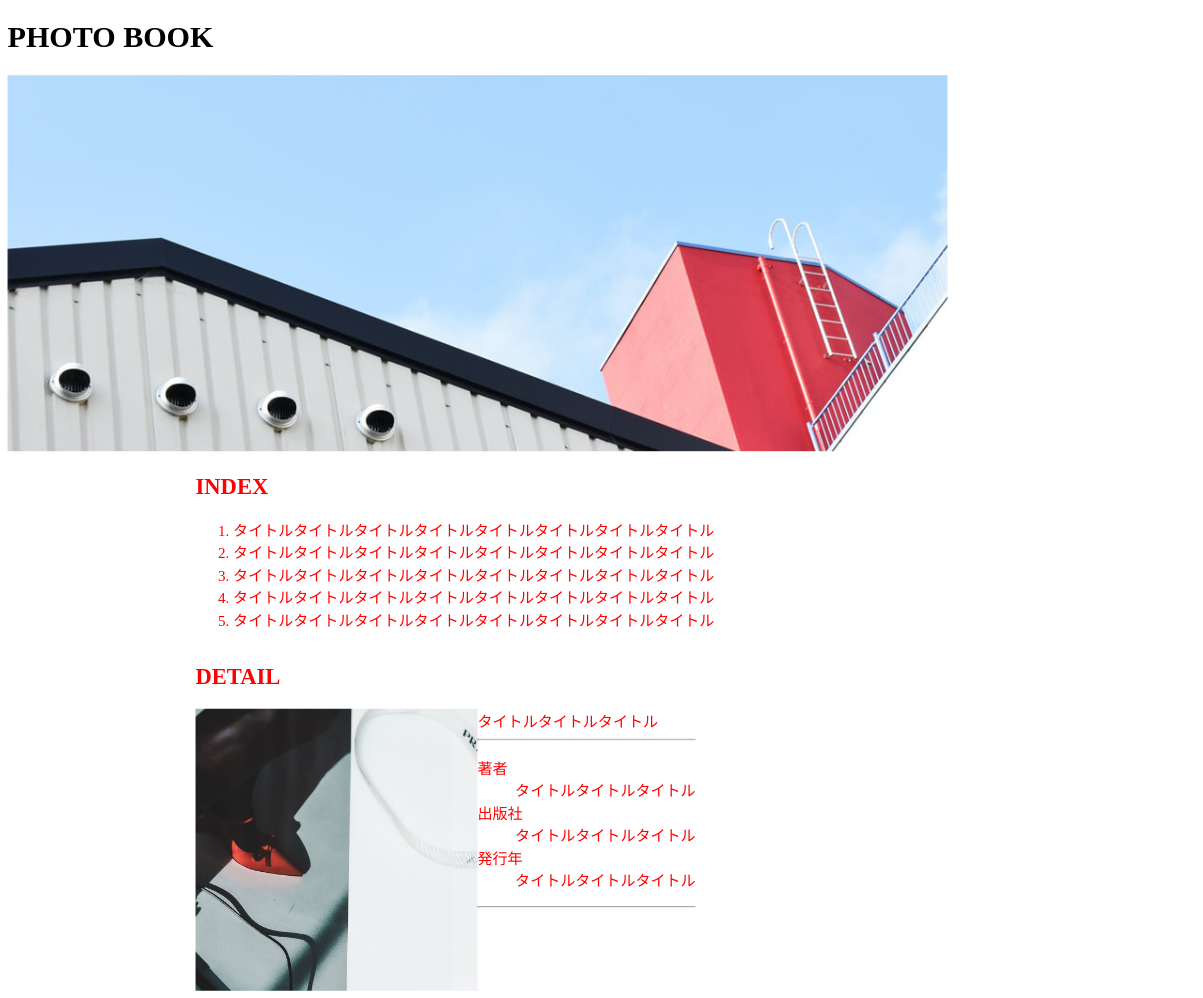
Repository: daytime/LP-study
Page: photo_book/index.html
These files come from the project's save history. The page is drawn as it stood at one moment and after the next save; the edit follows.
The browser window is 1280 px wide. The pictures show the whole page, at 94% of full size.

Above is the page before, as saved 2025-01-29 12:23:36.

After the next save:
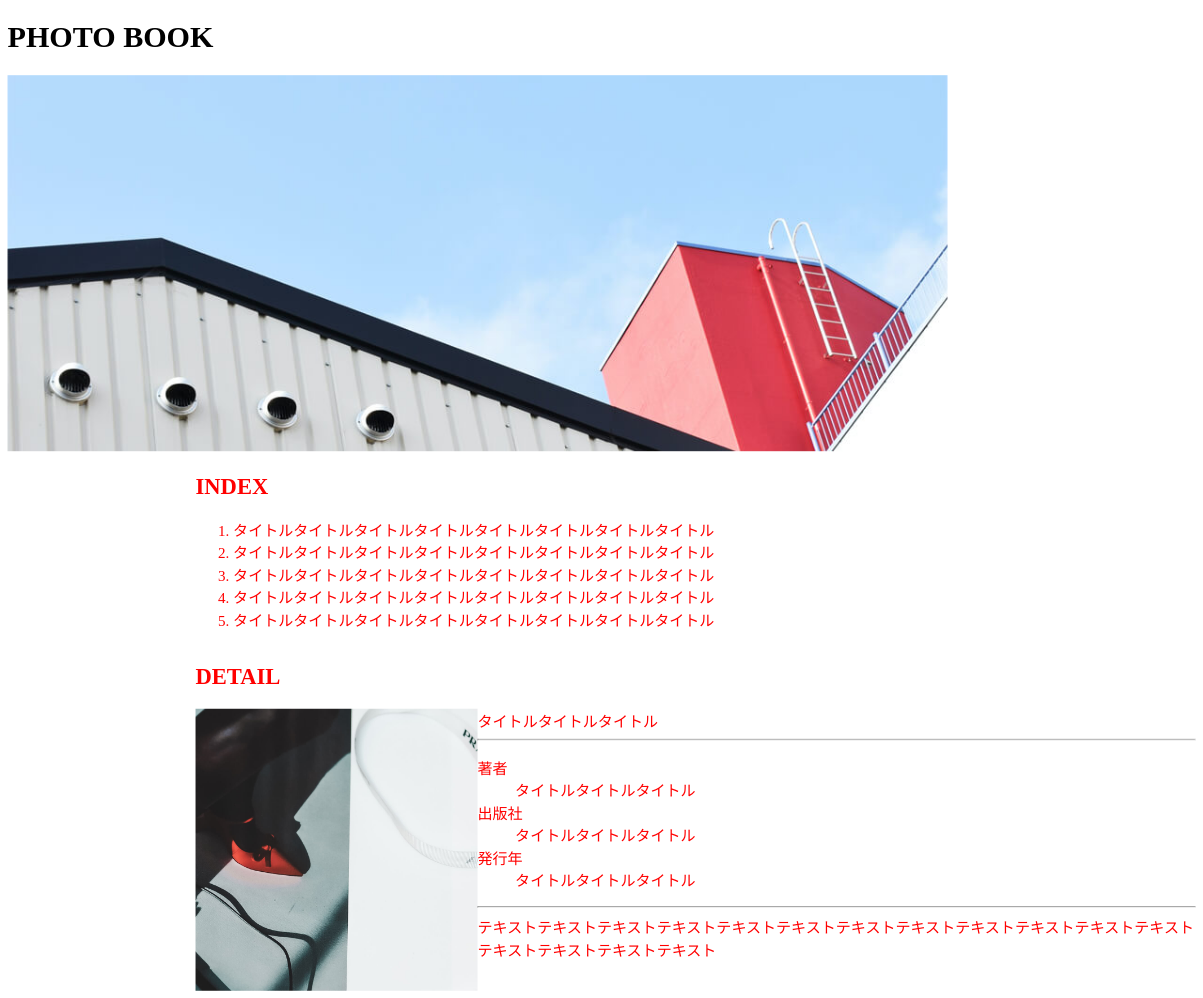
Saved 2 min 45 s later.
--- a/photo_book/index.html
+++ b/photo_book/index.html
@@ -51,7 +51,9 @@
                   <dt>発行年</dt><dd>タイトルタイトルタイトル</dd>
                   </dt>
                 </dl>
-                <hr />
+                <hr/>
+                <div>
+                  テキストテキストテキストテキストテキストテキストテキストテキストテキストテキストテキストテキストテキストテキストテキストテキスト
               </div>
             </div>
           </div>
